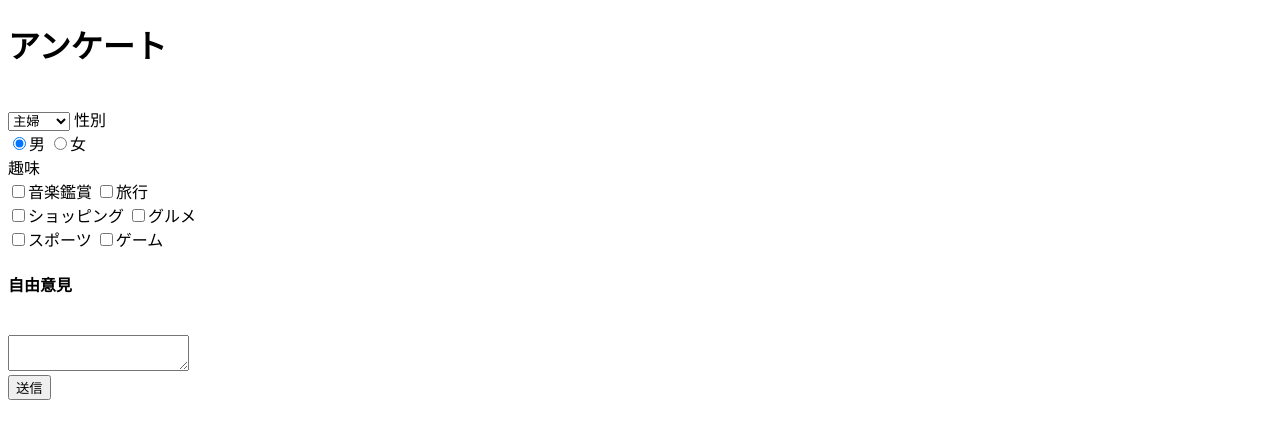
Repository: aiueo20/18ca0155
Page: SSP/kadai0202/WebContent/index.html
The author's editor kept a copy of each file at every save. The page is drawn from the files as they stood at one save, then again after the next save.
The browser window is 1280 px wide. The pictures show the whole page.

Above is the page before, as saved 2018-11-26 06:24:05.

After the next save:
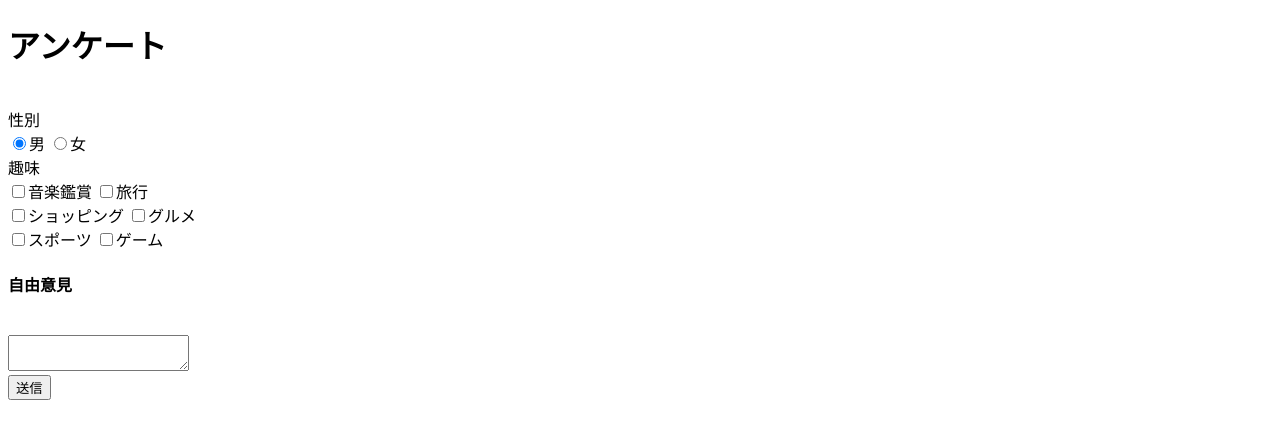
Saved 72 s later.
--- a/SSP/kadai0202/WebContent/index.html
+++ b/SSP/kadai0202/WebContent/index.html
@@ -7,11 +7,6 @@
 <body>
 	<form action="/kadai0202/EnqServlet" method="get">
 		<h1>アンケート</h1><br>
-		<select name = "job">
-			<option value = "主婦">主婦</option>
-			<option value = "会社員">会社員</option>
-			<option value = "その他">その他</option>
-		</select>
 		性別<br><input type="radio" name="gender" value="男" checked>男
 		<input type="radio" name="gender" value="女">女<br>
 		趣味<br>
